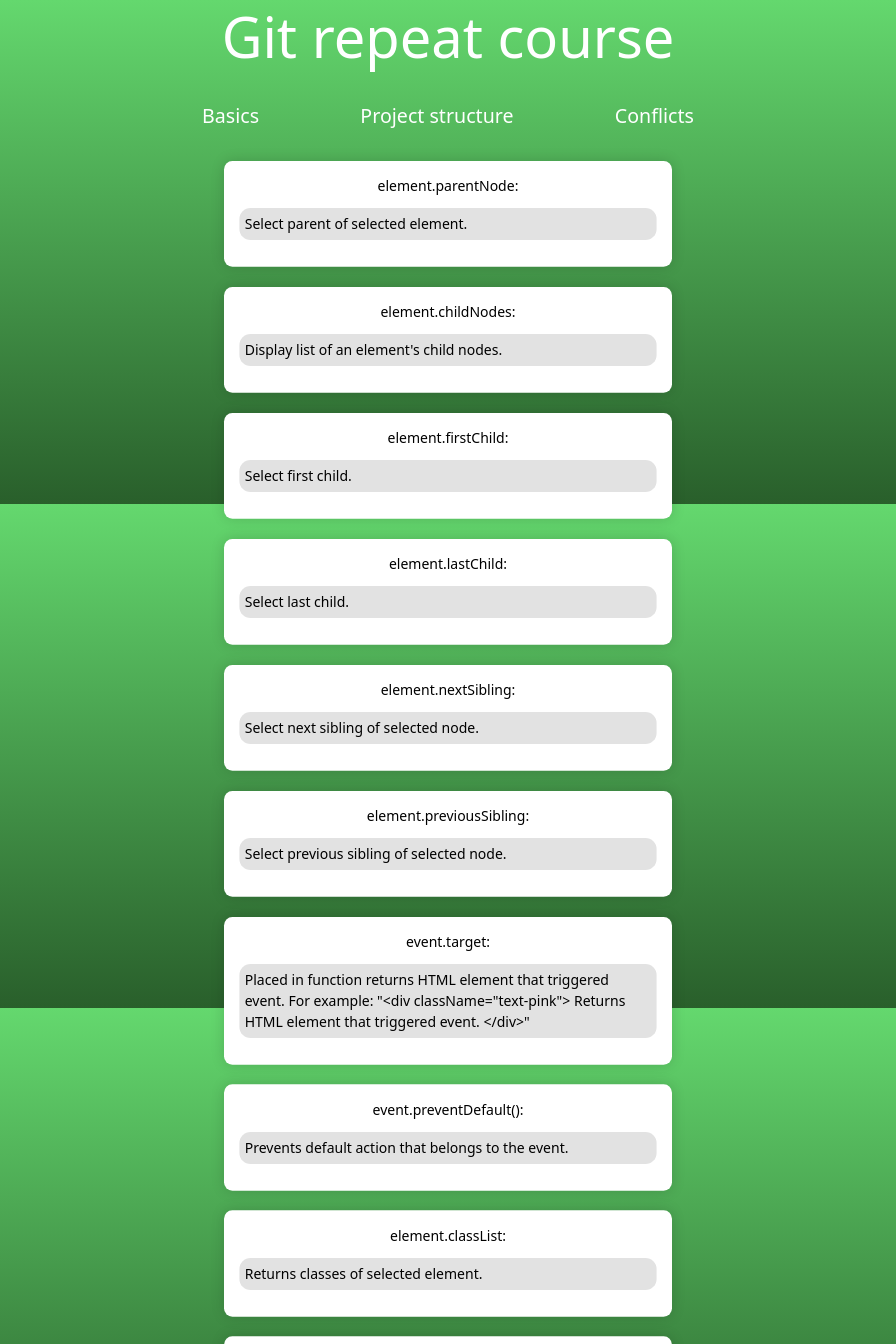
Repository: michalgornicki/git
Page: /#/Conflicts
The author's editor kept a copy of each file at every save. The page is drawn from the files as they stood at one save, then again after a run of saves.
The browser window is 1280 px wide. The pictures show the part of the page from y = 0 to 1920 px (the page is 5065 px tall before and 1129 px after), at 70% of full size.
Backgrounds fixed to the window are drawn as part of the page. The project was rebuilt for these pictures with package versions that can differ from the ones it lists, and the page was loaded fresh each time. Also part of the build but not shown: src/components/basics.jsx, src/components/structure.jsx.

Above is the page before, as saved 2022-02-10 13:32:38.

After the next 2 saves:
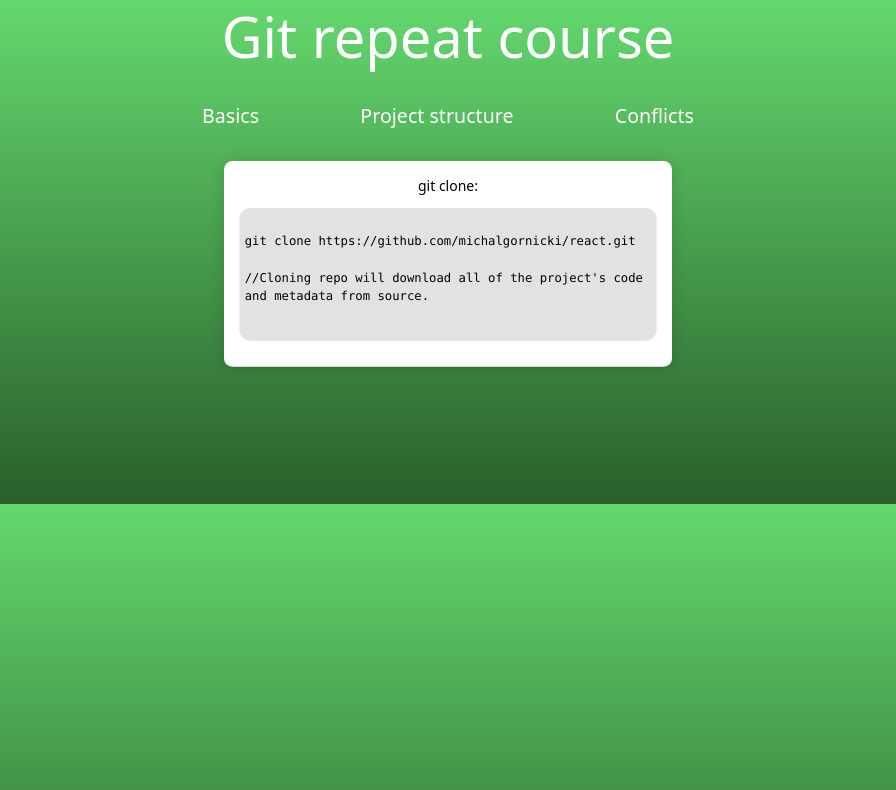
The 2 saves are shown as one change because they came seconds apart.
The last was saved 25 s later.
--- a/src/components/conflicts.jsx
+++ b/src/components/conflicts.jsx
@@ -6,114 +6,16 @@ const DOM = () => {
 
   return (
     <div className="body">
-      <div className="js-item">
+            <div className="js-item">
         {" "}
-        <div className="">{`element.parentNode`}: </div>
-        <div className="text-pink"> Select parent of selected element.</div>
-      </div>
-      <div className="js-item">
-        {" "}
-        <div className="">{`element.childNodes`}: </div>
-        <div className="text-pink"> Display list of an element's child nodes.</div>
-      </div>
-      <div className="js-item">
-        {" "}
-        <div className="">{`element.firstChild`}: </div>
-        <div className="text-pink"> Select first child.</div>
-      </div>
-      <div className="js-item">
-        {" "}
-        <div className="">{`element.lastChild`}: </div>
-        <div className="text-pink"> Select last child.</div>
-      </div>
-      <div className="js-item">
-        {" "}
-        <div className="">{`element.nextSibling`}: </div>
-        <div className="text-pink"> Select next sibling of selected node.</div>
-      </div>
-      <div className="js-item">
-        {" "}
-        <div className="">{`element.previousSibling`}: </div>
-        <div className="text-pink"> Select previous sibling of selected node.</div>
-      </div>
-      <div className="js-item">
-        {" "}
-        <div className="">{`event.target`}: </div>
-        <div className="text-pink"> Placed in function returns HTML element that triggered event. For example: "{`<div className="text-pink"> Returns HTML element that triggered event. </div>`}" </div>
-      </div>
-      <div className="js-item">
-        {" "}
-        <div className="">{`event.preventDefault()`}: </div>
-        <div className="text-pink"> Prevents default action that belongs to the event. </div>
-      </div>
-      <div className="js-item">
-        {" "}
-        <div className="">{`element.classList`}: </div>
-        <div className="text-pink"> Returns classes of selected element. </div>
-      </div>
-      <div className="js-item">
-        {" "}
-        <div className="">{`element.classList.add("class-name")`}: </div>
-        <div className="text-pink"> Add class to selected element. </div>
-      </div>
-      <div className="js-item">
-        {" "}
-        <div className="">{`element.classList.remove("class-name")`}: </div>
-        <div className="text-pink"> Remove class from selected element. </div>
-      </div>
-      <div className="js-item">
-        {" "}
-        <div className="">{`element.classList.toggle("class-name")`}: </div>
-        <div className="text-pink"> Toggle on/off class of selected element. </div>
-      </div>
-      <div className="js-item">
-        {" "}
-        <div className="">{`element.innerHTML`}: </div>
-        <div className="text-pink"> Returns inner HTML content of selected element. </div>
-      </div>
-      <div className="js-item">
-        {" "}
-        <div className="">{`element.innerText`}: </div>
-        <div className="text-pink"> Returns inner text of selected element. </div>
-      </div>
-      <div className="js-item">
-        {" "}
-        <div className="">{`element.appendChild(node)`}: </div>
-        <div className="text-pink"> Appends a node as the last child of a node.</div>
-      </div>
-      <div className="js-item">
-        {" "}
-        <div className="">{`const newDiv = document.createElement("div")`}: </div>
-        <div className="text-pink"> Create new element. It could be added to other element as child.</div>
-      </div>
-      <div className="js-item">
-        {" "}
-        <div className="">{`const newText = document.createTextNode("text of my div")`}: </div>
-        <div className="text-pink"> Appends a new text node, that could be added to element.</div>
-      </div>
-      <div className="js-item">
-        {" "}
-        <div className="">{`element.removeChild(node)`}: </div>
-        <div className="text-pink"> Removes selected child node of element.</div>
-      </div>
-      <div className="js-item">
-        {" "}
-        <div className="">{`element.replaceChild(new node, old node)`}: </div>
-        <div className="text-pink"> Replaces selected child node of element.</div>
-      </div>
-      <div className="js-item">
-        {" "}
-        <div className="">{`const newDiv = document.createElement("div")`} </div><br />
-        <div className="">{`newDiv.classList.add("class-name"): `} </div><br />
-        <div className="">{`const newText = document.createTextNode("text of my div")`} </div><br />
-        <div className="">{`newDiv.appendChild(newText)`} </div><br />
-        <div className="">{`element.appendChild(newDiv)`}: </div><br />
-        <div className="text-pink"> Creating new div element and text node, appending text node to this div, and appending div to selected element. It builds new div with class name and text which is child of selected element.</div>
-      </div>
-      <div className="js-item">
-        {" "}
-        <div className="">{`element.getBoundingClientRect()`}: </div>
-        <div className="text-pink"> returns the size of an element and its position relative to the viewport.</div>
+        <div className="">git clone: </div>
+        <div className="text-pink">
+          <pre>{`
+git clone https://github.com/michalgornicki/react.git
+
+//Cloning repo will download all of the project's code and metadata from source.
+          `}</pre>
+        </div>
       </div>
     </div>
   );
